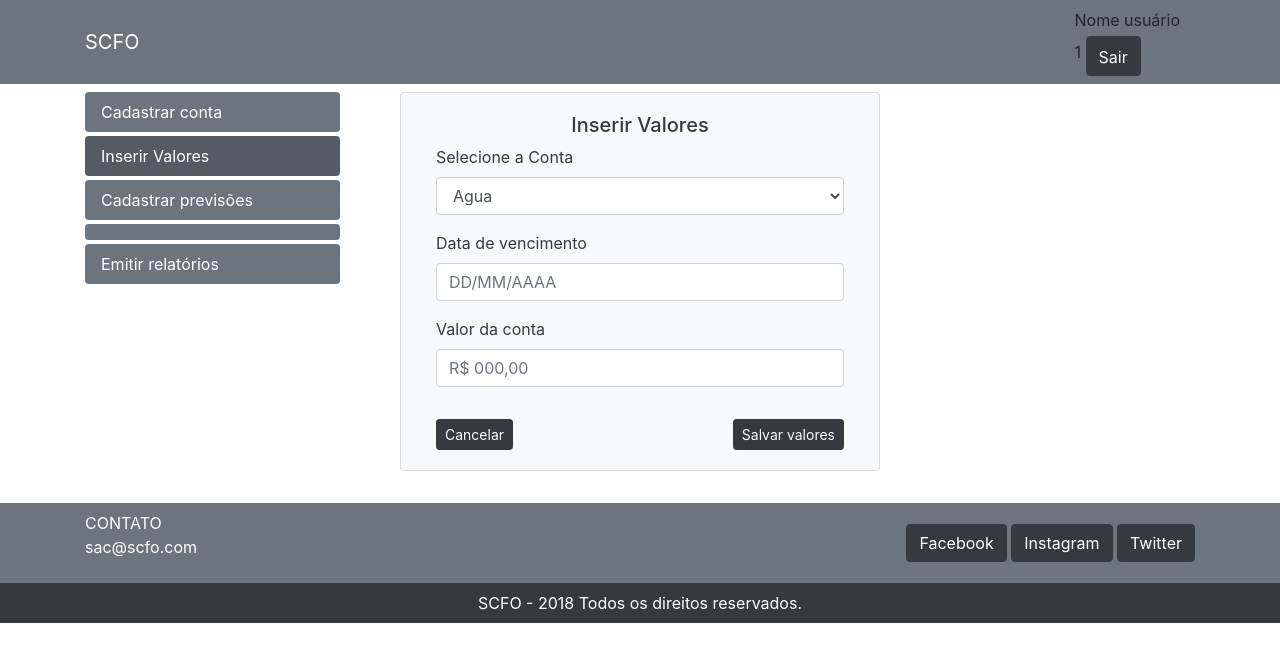
Repository: MaickSilva/scfoheroku
Page: http://localhost/inserirValores.php
The author's editor kept a record of every edit. The page is drawn from the files as they stood at one moment, then again after the next edit.
The browser window is 1280 px wide. The pictures show the whole page.
Some web libraries are served in a nearby version. The page is run by PHP 8.4 with error messages shown; the project is at /var/www/html/. The session is filled in as if someone had signed in: {"UsuarioLog": true, "cpf": 1, "senha": 1}.

Above is the page before.

After the next edit:
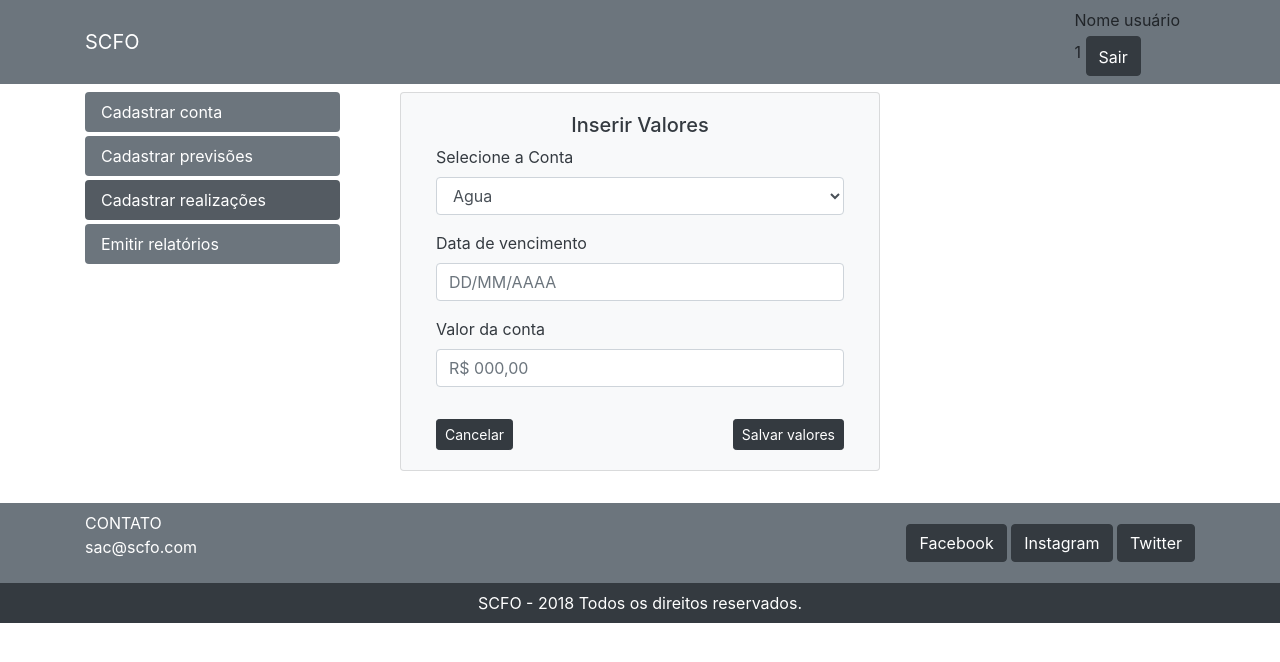
The edit:
--- a/workspace/inserirValores.php
+++ b/workspace/inserirValores.php
@@ -41,9 +41,8 @@
             <div class="col-12 col-sm-12 col-md-4 col-lg-3">
                 <div class="nav flex-column nav-pills mt-2" id="v-pills-tab" role="tablist" aria-orientation="vertical">
                     <a href="cadastrarConta.php" class="nav-link btn-secondary" id="cadastroConta" role="tab" aria-controls="v-pills-home" aria-selected="false">Cadastrar conta</a>
-                    <a href="inserirValores.php" class="nav-link btn-secondary mt-1 active" id="inserirValores" role="tab" aria-controls="v-pills-valores" aria-selected="tru">Inserir Valores</a>
                     <a class="nav-link btn-secondary mt-1" id="v-pills-profile-tab" data-toggle="pill" href="#v-pills-profile" role="tab" aria-controls="v-pills-profile" aria-selected="false">Cadastrar previsões</a>
-                    <a class="nav-link btn-secondary mt-1" id="v-pills-messages-tab" data-toggle="pill" href="#v-pills-messages" role="tab" aria-controls="v-pills-messages" aria-selected="false"></a>
+                    <a href="inserirValores.php" class="nav-link btn-secondary mt-1 active" id="inserirValores" role="tab" aria-controls="v-pills-valores" aria-selected="tru">Cadastrar realizações</a>
                     <a class="nav-link btn-secondary mt-1" id="v-pills-settings-tab" data-toggle="pill" href="#v-pills-settings" role="tab" aria-controls="v-pills-settings" aria-selected="false">Emitir relatórios</a>
                 </div>
             </div>
